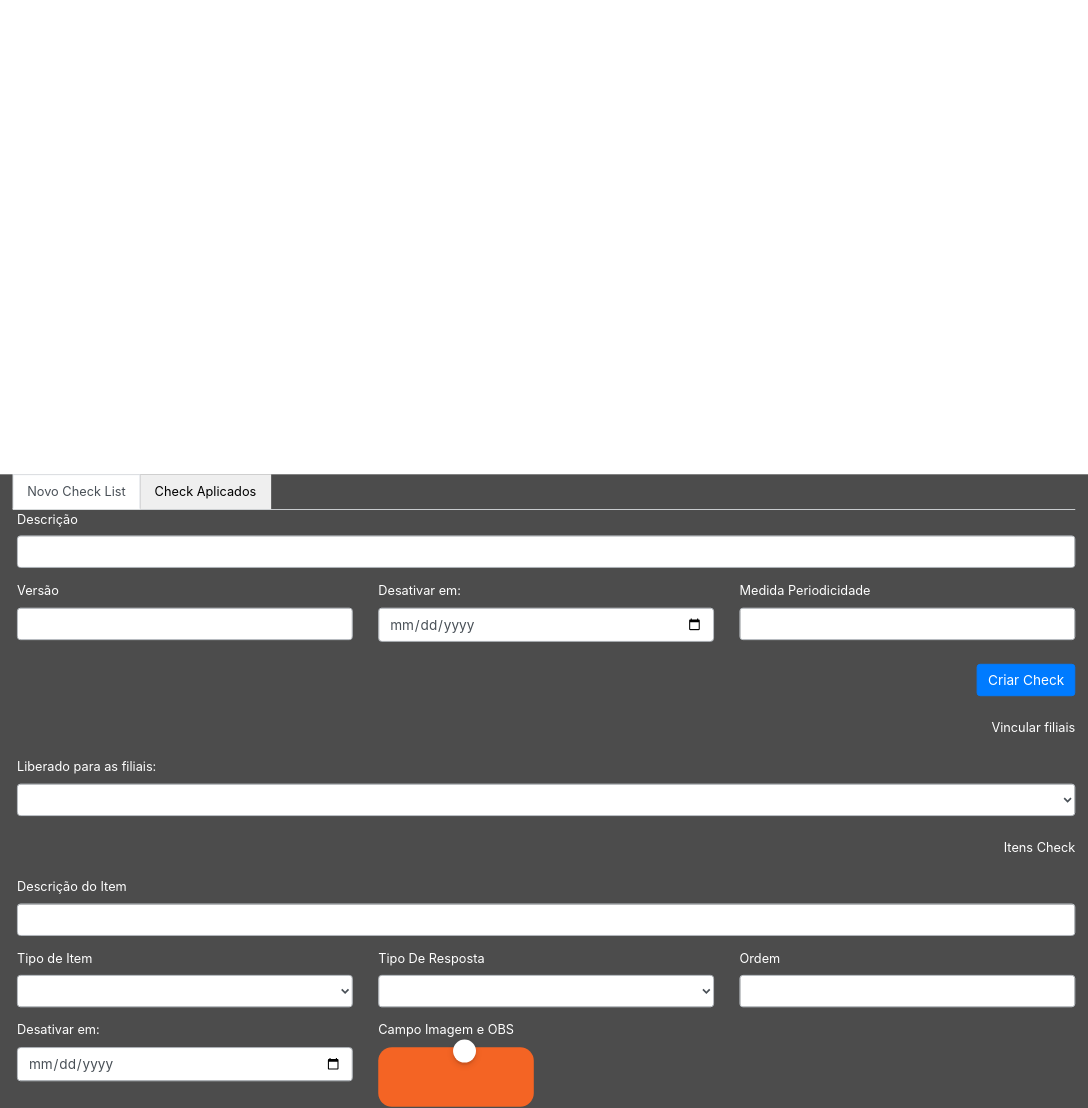
Repository: Conlog-SA/portal_operacional
Page: apps/safety_layout_checklist_app/templates/safety_layout_checklist_app/form_cad_layout_checklist.html
The author's editor kept a copy of each file at every save. The page is drawn from the files as they stood at one save, then again after the next save.
The browser window is 1280 px wide. The pictures show the whole page, at 85% of full size.
The template is drawn by Django 3.2. The application's start-up code is not run. Other server files are loaded and not shown. The template is opened directly, without the code that normally fills it, so the values that code supplies are empty.

Above is the page before, as saved 2023-11-16 15:45:48.

### apps/safety_layout_checklist_app/templates/safety_layout_checklist_app/form_cad_layout_checklist.html
{% load static %}

{% block link_static_css %}
    <link rel="stylesheet" href="{% static 'css/cores.css' %}" />
    <link rel="stylesheet" href="{% static 'css/toggle_switch.css' %}" />
    <link rel="stylesheet" href="{% static 'css/loader.css' %}" />
    <link rel="stylesheet" href="{% static 'css/seguranca_safety_app/seguranca_safety.css' %}" />
    <link rel="stylesheet" href="{% static 'libs/bootstrap_4/css/bootstrap.min.css' %}" />

{% endblock %}

<div class="d-flex flex-column h-100 align-items-center justify-content-start text-white w-95" style="margin-right: 0px; width:100%;">
   <div class="mt-3 d-flex align-items-end justify-content-between div_Titulo" style="padding-bottom:15px;">
       <div class="d-flex align-items-center justify-content-center">
            <i class="fa-solid fa-truck-fast" style="font-size:50px; margin-left:0px; margin-right:15px; color:#cf6a15;"></i>
           <h1 class="titlePadraoMenu" style="margin-left:0px;">Safety</h1>
       </div>
       <img class="logo_cabecalho" src="{% static 'icons/logo-branca.png' %}" >
   </div>
    <div class="containerApp w-95">
        <div class="form-group form_div_check w-100" >
            <div class="col-md-12 w-100 h-100">
                <nav>
                    <div class="nav nav-tabs" id="myTab" role="tablist">
                      <button class="nav-link active tabs-nav" id="a_tab_new_check" data-bs-toggle="tab"
                         data-bs-target="#div_tab_new_check"  type="button" role="tab"
                         aria-controls="div_tab_new_check"
                         aria-selected="true" style="border-radius:0px 0px 0 0; font-size:15px">
                         Novo Check List
                         <i class="fa-solid fa-filter" style="color: #f46424;"></i>
                      </button>
                      <button class="nav-link tabs-nav" id="a_tab_check_criados" data-bs-toggle="tab"
                         data-bs-target="#div_check_criados" type="button" role="tab"
                         aria-controls="div_check_criados"
                         aria-selected="false" style="border-radius:0px 0px 0 0; font-size:15px" >
                         Check Aplicados
                        <i class="fa-solid fa-pen-to-square" style="color: #f46424"></i>
                      </button>
                    </div>
                </nav>
                <div class="tab-content" style="border-radius:0 0 10px 10px; font-size:15px">
                    <div class="tab-pane active" id="div_tab_new_check" role="tabpanel" aria-labelledby="a_tab_new_check" style="padding-left:5px;">
                        <form id="form_new_check_list" name="form_nem_check_list">
                          <div class="row">
                             <div class="form-group col-sm-12">
                               <label for="descricao_new_check"> Descrição </label>
                               <input type="text" class="form-control" id="descricao_new_check">
                             </div>
                             <div class="form-group col-sm-4">
                               <label for="versao_new_check">Versão</label>
                               <input type="text" class="form-control" id="versao_new_check">
                             </div>
                             <div class="form-group col-sm-4">
                               <label for="desativar_new_check_date">Desativar em:</label>
                               <input type="date" class="form-control" id="desativar_new_check_date">
                             </div>
                             <div class="form-group col-sm-4">
                               <label for="periodicidade_new_check">Medida Periodicidade</label>
                               <input type="text" class="form-control" id="periodicidade_new_check">
                             </div>
                             <div class="form-group col-sm-12 d-flex justify-content-end" style="margin-top:10px">
                                <button type="button" class="btn btn-primary btn-form" id="btn_new_check" name="btn_new_check"> Criar Check</button>
                             </div>
                             <div class="form-group col-sm-12 d-flex justify-content-end" style="margin-top:10px">
                                <label>Vincular filiais</label>
                             </div>
                             <div class="form-group col-sm-12 d-flex align-items-start" style="margin-bottom:0px;">
                                 <label>Liberado para as filiais:</label>
                              </div>
                             <div class="form-group col-sm-12">
                                <select class="selectpicker form-control"
                                        id="liberado_filiais" name="liberado_filiais" placeholder="Liberado Filiais" required>
                                </select>
                             </div>
                             <div class="form-group col-sm-12 d-flex justify-content-end" style="margin-top:10px">
                                <label>Itens Check</label>
                             </div>
                              <div class="form-group col-sm-12">
                                   <label for="descricao_item_check"> Descrição do Item</label>
                                   <input type="text" class="form-control" id="descricao_item_check">
                             </div>
                             <div class="form-group col-sm-4">
                                   <label for="select_tipo_item">Tipo de Item</label>
                                   <select class="selectpicker form-control"
                                           id="select_tipo_item" name="select_tipo_item" placeholder="Tipo de Item" required>
                                   </select>
                             </div>
                             <div class="form-group col-sm-4">
                                <label for="select_tipo_resposta">Tipo De Resposta</label>
                                <select class="selectpicker form-control"
                                        id="select_tipo_resposta" name="select_tipo_resposta"
                                        placeholder="Tipo de Resposta" required>
                                </select>
                              </div>
                              <div class="form-group col-sm-4">
                                <label for="input_ordem_check">Ordem</label>
                                <input type="text" class="form-control" id="input_ordem_check">
                              </div>
                              <div class="form-group col-sm-4">
                                <label for="desativar_item_date">Desativar em:</label>
                                <input type="date" class="form-control" id="desativar_item_date">
                              </div>
                              <div class="form-group col-sm-2 check-box">
                                  <div class="label">
                                    <label for="obs_imagem_check_box"> Campo Imagem e OBS</label>
                                  </div>
                                  <div class="container-check-box">
                                      <input type="checkbox" checked="checked" class="checkbox" name="obs_imagem_check_box" id="obs_imagem_check_box" style="width:10px; height:10px;">
                                      <label class="switch" for="obs_imagem_check_box">
                                      <span class="slider"></span>
                                        </label>
                                  </div>
                              </div>
                          </div>
                        </form>
                    </div>
                    <div class="tab-pane" id="div_check_criados" role="tabpanel" aria-labelledby="a_tab_check_criados">
                       <form id="form_check_aplicados" name="form_check_aplicados" method="POST" style="margin-left:10px; margin-right:10px;">
                          <div class="row">
                              <div class="col md-5">
                                  <label for="filial_check_aplicado">Filial</label>
                                  <select class="selectpicker form-control" id="filial_check_aplicado" name="filial_check_aplicado">
                                  </select>
                              </div>
                          </div>
                       </form>
                    </div>
                </div>
            </div>
        </div>
    </div>
</div>


<script src="https://code.jquery.com/jquery-3.6.0.min.js"></script>
<script src="{% static 'libs/bootstrap_4/js/bootstrap.min.js' %}"></script>

### static/css/cores.css
:root{
    --cor_bg_login: rgba(24, 27, 30, 0.90);
    --cor_cinza_escuro: #515457;
    --cor_cinza_claro: #9fa3a7;
    --cor_cinza_claro2: #d0d0d0;
    --cor_branco: #e6e4e4;
    --cor_bg_solido: #181b1e;
    --cor_bg_solido_claro:#343537;
    --cor_bg_cinza_escuro: rgba(33,37,41,0.9) !important;
    --cor_bg_cinza_escuro_cabecalho: rgba(33,37,41,0.7) !important;
    --cor_bg_modais_body: #DCDCDC;

    --cor_empresa: #f46424;
    --cor_empresa_hover: #df5b23;
    --cor_empresa_active: #b24110;

    --bs-accordion-btn-focus-box-shadow_custom: 0 0 0 0.25rem rgba(244, 100, 36, 0.25);

    --bs-accordion-btn-active-icon_custom:url('');

    --cor_card_chamado_hover: #ccccce;
    --cor_card_chamado_active: #999999;
    --cor_chamado_emergencial: #b30f04;
    --cor_branco: #fff;
    /* --cor_branco_escuro: #969393; */
    --cor_card_a_atender: #e3f8f5;
    --cor_card_atendendo: #e1ffe4;;
    --cor_card_em_espera: #fdf9c6;
}

### static/css/toggle_switch.css
/* Remove this container when use*/
.component-title {
    width: 100%;
    position: absolute;
    z-index: 999;
    top: 30px;
    left: 0;
    padding: 0;
    margin: 0;
    font-size: 1rem;
    font-weight: 700;
    color: #888;
    text-align: center;
  }

  /* The switch - the box around the slider */
  .container {
    width: 77px;
    height: 31px;
    position: relative;
  }

  /* Hide default HTML checkbox */
  .checkbox {
    opacity: 0;
    width: 0;
    height: 0;
    position: absolute;
  }

  .switch {
    width: 100%;
    height: 100%;
    display: block;
    background-color: #e9e9eb;
    border-radius: 16px;
    cursor: pointer;
    transition: all 0.2s ease-out;
  }

  /* The slider */
  .slider {
    width: 27px;
    height: 27px;
    position: absolute;
    left: calc(50% - 27px/2 - 10px);
    top: calc(50% - 27px/2);
    border-radius: 50%;
    background: #FFFFFF;
    box-shadow: 0px 3px 8px rgba(0, 0, 0, 0.15), 0px 3px 1px rgba(0, 0, 0, 0.06);
    transition: all 0.2s ease-out;
    cursor: pointer;
  }

  .checkbox:checked + .switch {
    background-color: #f46424;
  }

  .checkbox:checked + .switch .slider {
    left: calc(50% - 27px/2 + 10px);
    top: calc(50% - 27px/2);
  }

  .cursor-pointer{
    cursor: pointer;
  }

### static/css/loader.css
.loader {
  /* display: flex; */
  margin-left: 1.5rem;
  align-items: center;
  /* width: 50px;
  height: 50px; */
  position: relative;
  display: none;
}

.loader:before {
  align-items: center;
  display: flex;
  content: "";
    position: absolute;
    top: -10px;
    left: -10px;
    right: -10px;
    bottom: -10px;
    border-radius: 50%;
    /* width: 50px;
    height: 50px; */
  }

  .loader-inner {
    display: flex;
    justify-content: center;
    align-items: center;
    position: relative;
  }

  .loader-block {
    display: inline-block;
    width: 10px;
    height: 10px;
    margin: 2px;
    background-color: #f46424;
    box-shadow: 0 0 20px #f46424;
    animation: loader_562 1.2s cubic-bezier(0.5, 0, 0.5, 1) infinite;
  }

  .loader-block:nth-child(1) {
    animation-delay: 0.1s;
  }

  .loader-block:nth-child(2) {
    animation-delay: 0.2s;
  }

  .loader-block:nth-child(3) {
    animation-delay: 0.3s;
  }

  .loader-block:nth-child(4) {
    animation-delay: 0.4s;
  }

  .loader-block:nth-child(5) {
    animation-delay: 0.5s;
  }

  .loader-block:nth-child(6) {
    animation-delay: 0.6s;
  }

  .loader-block:nth-child(7) {
    animation-delay: 0.7s;
  }

  .loader-block:nth-child(8) {
    animation-delay: 0.8s;
  }

  @keyframes loader_562 {
    0% {
      transform: scale(1);
      box-shadow: 0 0 20px rgba(255, 255, 255, 0.5);
    }

    20% {
      transform: scale(1, 2.5);
      box-shadow: 0 0 50px rgba(255, 255, 255, 0.7);
    }

    40% {
      transform: scale(1);
      box-shadow: 0 0 20px rgba(255, 255, 255, 0.5);
    }
  }

### static/css/seguranca_safety_app/seguranca_safety.css
.containerApp {
    background: rgba(0, 0, 0, 0.7); /* Cor preta com 50% de opacidade */
    color: white; /* Cor do texto, por exemplo, branco */
}

label[for="liberado_filiais"] {
    text-align: left !important; /* Tente usar !important para forçar a aplicação do estilo */
}

.check-box{
    margin-right: 50px;
    padding-right: 95px;
    padding-left: 50px;
    border-right-width: 10px;
    margin-bottom: 40px;

}

Loaded but not shown: static/libs/bootstrap_4/css/bootstrap.min.css (library); static/libs/bootstrap_4/js/bootstrap.min.js (library)

After the next save:
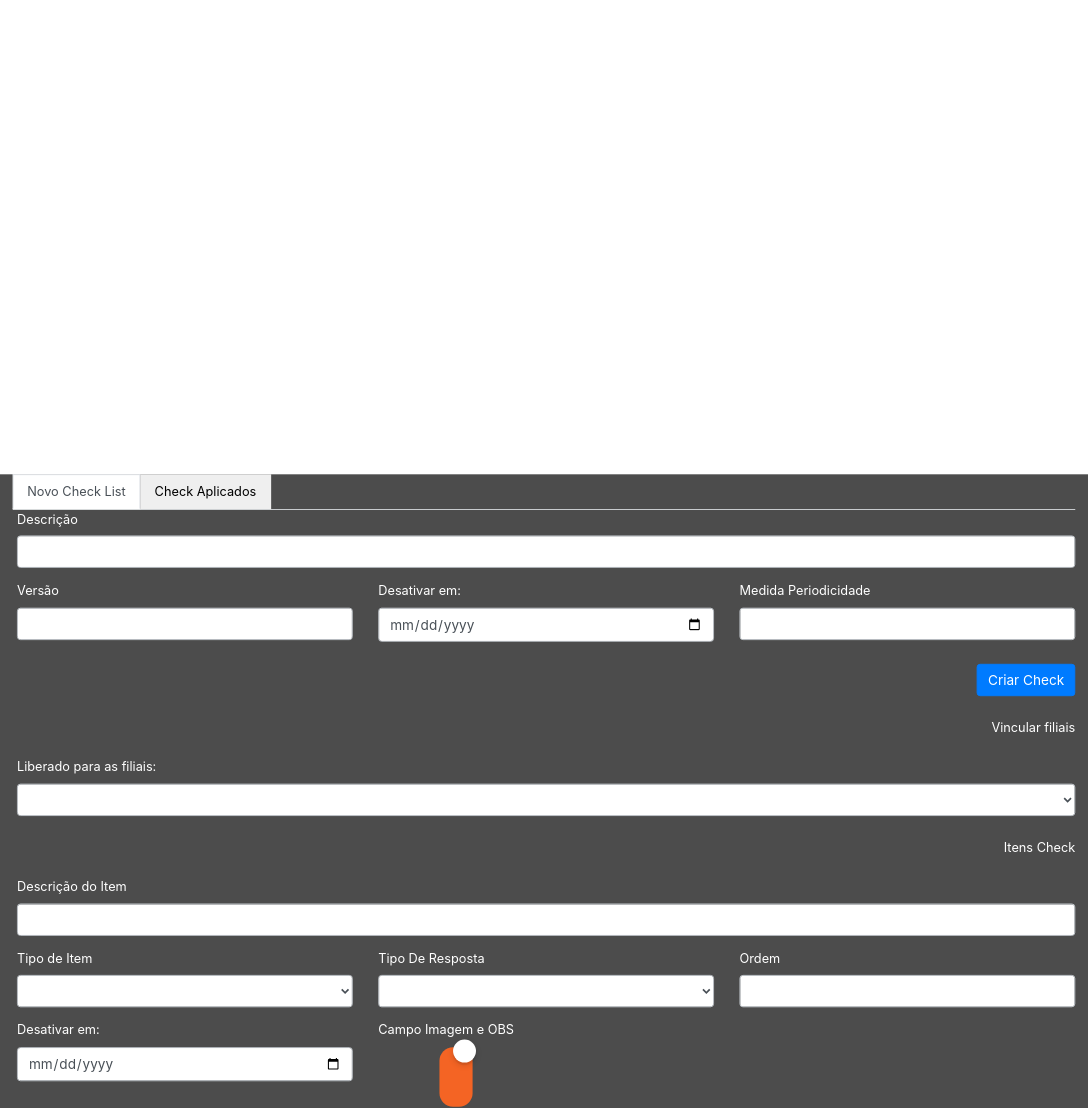
Saved 29 s later.
--- a/static/css/seguranca_safety_app/seguranca_safety.css
+++ b/static/css/seguranca_safety_app/seguranca_safety.css
@@ -15,3 +15,9 @@ label[for="liberado_filiais"] {
     margin-bottom: 40px;
 
 }
+
+.container-check-box{
+    padding-right: 72px;
+    padding-left: 72px;
+
+}
